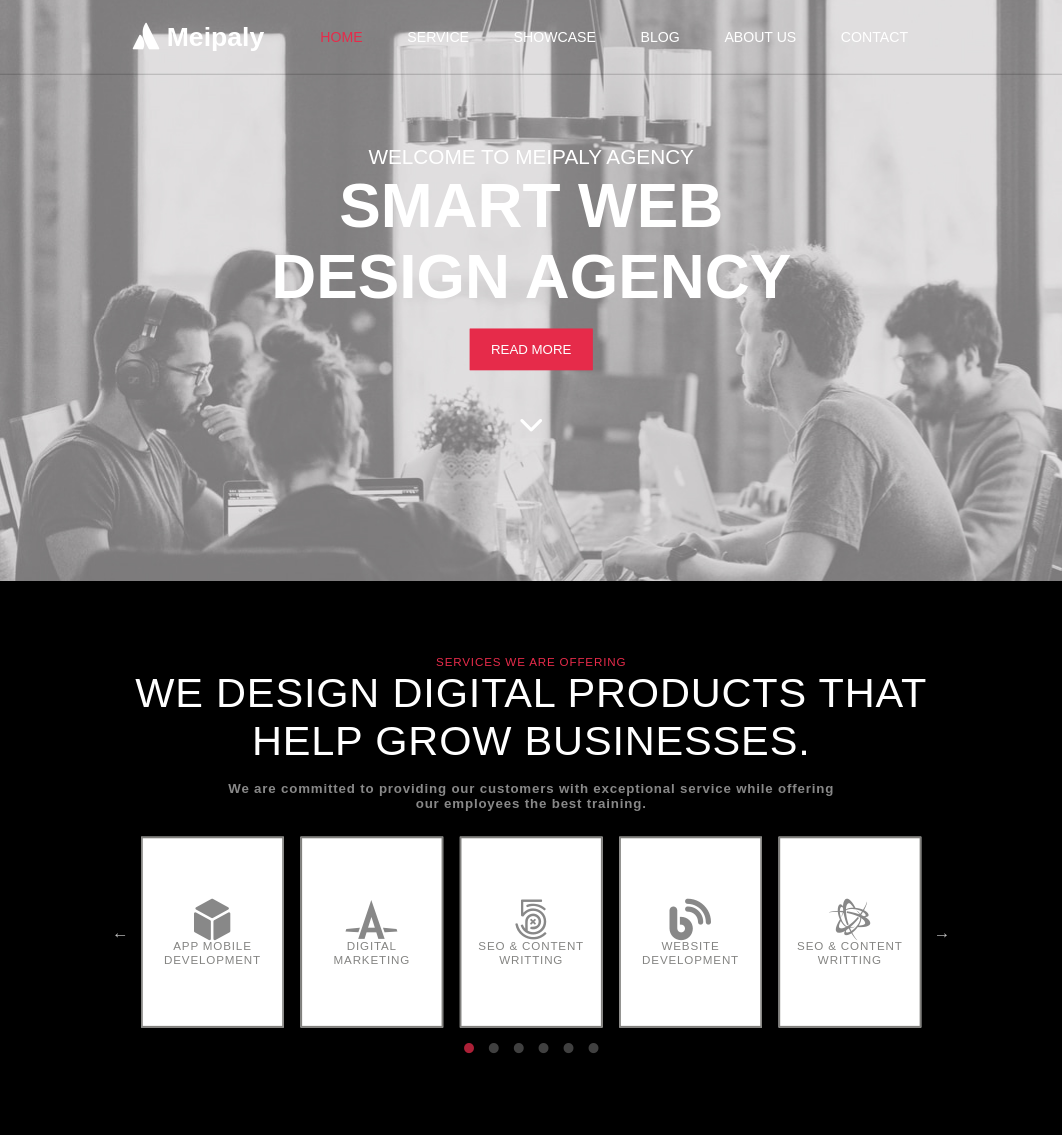
Repository: tudo1611/BC44_HTML5-CSS3_B6_MAIPALY_DO-TRUNG-TU
Page: index.html
The author's editor kept a copy of each file at every save. The page is drawn from the files as they stood at one save, then again after the next save.
The browser window is 1280 px wide. The pictures show the whole page, at 83% of full size.
Some web fonts or font styles are not loaded; a fallback is used.

Above is the page before, as saved 2023-01-26 21:37:56.

### index.html
<!DOCTYPE html>
<html lang="en">
  <head>
    <meta charset="UTF-8" />
    <meta http-equiv="X-UA-Compatible" content="IE=edge" />
    <meta name="viewport" content="width=device-width, initial-scale=1.0" />
    <title>Document</title>
    <link
      rel="stylesheet"
      href="https://cdnjs.cloudflare.com/ajax/libs/font-awesome/6.2.1/css/all.min.css"
    />
    <!-- slick  -->
    <link rel="stylesheet" href="./css/slick.css" />
    <link rel="stylesheet" href="./css/slick-theme.css" />
    <!-- main css  -->
    <link rel="stylesheet" href="./css/style.css" />
  </head>
  <body>
    <header>
      <div class="header__content">
        <div class="header__logo">
          <i class="fab fa-atlassian"></i>
          <span>Meipaly</span>
        </div>
        <nav>
          <ul>
            <li class="active"><a href="#">Home</a></li>
            <li><a href="#">Service</a></li>
            <li><a href="#">Showcase</a></li>
            <li><a href="#">Blog</a></li>
            <li><a href="#">About us</a></li>
            <li><a href="#">Contact</a></li>
          </ul>
        </nav>
      </div>
    </header>
    <section class="banner"></section>
    <section class="carousel">
      <div class="carousel__content">
        <p>WELCOME TO MEIPALY AGENCY</p>
        <h1>
          SMART WEB <br />
          DESIGN AGENCY
        </h1>
        <button>READ MORE</button>
        <div class="carousel__scroll">
          <i class="fa fa-chevron-down"></i>
        </div>
      </div>
    </section>
    <section class="service">
      <div class="service__content">
        <div class="service__title">
          <p>SERVICES WE ARE OFFERING</p>
          <h2>WE DESIGN DIGITAL PRODUCTS THAT HELP GROW BUSINESSES.</h2>
          <p>
            We are committed to providing our customers with exceptional service
            while offering <br />
            our employees the best training.
          </p>
        </div>
        <div class="service__slider">
          <div class="slick-content">
            <div class="item">
              <i class="fa fa-dice-d6"></i>
              <p>
                APP MOBILE <br />
                DEVELOPMENT
              </p>
            </div>
            <div class="item">
              <i class="fab fa-autoprefixer"></i>
              <p>
                DIGITAL <br />
                MARKETING
              </p>
            </div>
            <div class="item">
              <i class="fab fa-500px"></i>
              <p>
                SEO &#38; CONTENT <br />
                WRITTING
              </p>
            </div>
            <div class="item">
              <i class="fa fa-blog"></i>
              <p>
                WEBSITE <br />
                DEVELOPMENT
              </p>
            </div>
            <div class="item">
              <i class="fab fa-battle-net"></i>
              <p>
                SEO &#38; CONTENT <br />
                WRITTING
              </p>
            </div>
            <div class="item">
              <i class="fa fa-memory"></i>
              <p>
                APP MOBILE <br />
                DEVELOPMENT
              </p>
            </div>
          </div>
        </div>
      </div>
    </section>
    <section class="blogs"></section>
    <section class="number"></section>
    <section class="experience"></section>
    <section class="contact"></section>
    <script
      src="https://code.jquery.com/jquery-3.6.3.slim.js"
      integrity="sha256-DKU1CmJ8kBuEwumaLuh9Tl/6ZB6jzGOBV/5YpNE2BWc="
      crossorigin="anonymous"
    ></script>
    <script src="./js/slick.min.js"></script>

    <script>
      $(document).ready(function () {
        $(".slick-content").slick({
          dots: true,
          infinite: true,
          // autoplay: true,
          autoplaySpeed: 2000,
          slidesToShow: 5,
          slidesToScroll: 1,
        });
      });
    </script>
  </body>
</html>

### css/style.css
* {
  margin: 0;
  padding: 0;
  box-sizing: border-box;
}
html,
body {
  font-family: "Oswald", sans-serif;
  font-size: 62.5%;
  color: #fff;
}
/* header  */
header {
  background-color: transparent;
  border-bottom: 1px solid rgba(0, 0, 0, 0.2);
  position: absolute;
  z-index: 10;
  width: 100%;
}
.header__content {
  width: 75%;
  margin: 0 auto;
  display: flex;
  justify-content: space-between;
  align-items: center;
  padding: 2.6rem 0;
}
.header__content ul {
  list-style: none;
}
.header__logo {
  font-size: 3.2rem;
  font-weight: 700;
  /* color: #fff; */
}
.header__content li {
  display: inline-block;
  padding: 0 2.6rem;
}
.header__content li.active a {
  color: #e62b4a;
}
.header__content li a {
  font-size: 1.7rem;
  color: #fff;
  text-transform: uppercase;
  text-decoration: none;
}
/* carousel  */
.carousel {
  background-image: url(../img/home_slider.jpg);
  background-size: cover;
  background-position: center;
  height: 70rem;
  display: flex;
  justify-content: center;
  align-items: center;
}
.carousel__content {
  text-align: center;
}
.carousel__content p {
  font-size: 2.5rem;
}
.carousel__content h1 {
  font-size: 7.5rem;
}
.carousel__content button {
  font-size: 1.6rem;
  margin-top: 2rem;
  padding: 1.5rem 2.5rem;
  background-color: #e62b4a;
  color: white;
  border: 1px solid #e62b4a;
  cursor: pointer;
  transition: all 0.5s;
}
.carousel__content button:hover {
  background-color: #af2239;
}
.carousel__scroll i {
  margin-top: 5rem;
  font-size: 3rem;
  animation: arrowDown 1s linear 0s infinite;
}

/* service  */
.service {
  text-align: center;
  padding: 9rem 0;
  background-color: #000;
}
.service__content {
  width: 75%;
  margin: 0 auto;
  letter-spacing: 1px;
}
.service__title {
  text-align: center;
}
.service__title p:first-of-type {
  font-size: 1.4rem;
  color: #e62b4a;
  font-weight: 300;
}
.service__title h2 {
  font-size: 5rem;
  color: #fff;
  font-weight: 400;
}
.service__title p:last-of-type {
  font-size: 1.6rem;
  color: #888888;
  font-weight: 700;
  margin-top: 2rem;
}
.service__slider {
  margin-top: 2rem;
}

.service__slider .item {
  width: 21.4rem;
  height: 23rem;
  border: 2px solid #81807d;
  background-color: #fff;
  color: #848482;
  text-align: center;
  margin: 1rem;
  display: flex;
  flex-direction: column;
  justify-content: center;
  align-items: center;
  position: relative;
}
.service__slider .item i{
  font-size: 5rem;
  color: #888888;
}
.service__slider .item p{
  font-size: 1.4rem;
}
.service__slider .item::after{
  content: "";
  height: 0;
  width: 5px;
  background-color: #e62b4a;
  display: block;
  position: absolute;
  top: 0;
  right: 0;
  transition: all .2s linear;
}
.service__slider .item:hover::after{
  height: 100%;
}
.slick-content .slick-dots li button:before{
  color: #fff;
  font-size: 5rem;
}
.slick-content .slick-dots li.slick-active button:before{
  color: #e62b4a;
}




@keyframes arrowDown {
  form {
    opacity: 1;
    transform: translateY(0);
  }
  to {
    opacity: 0;
    transform: translateY(4rem);
  }
}

Loaded but not shown: css/slick.css (common file); css/slick-theme.css (library); js/slick.min.js (library)

After the next save:
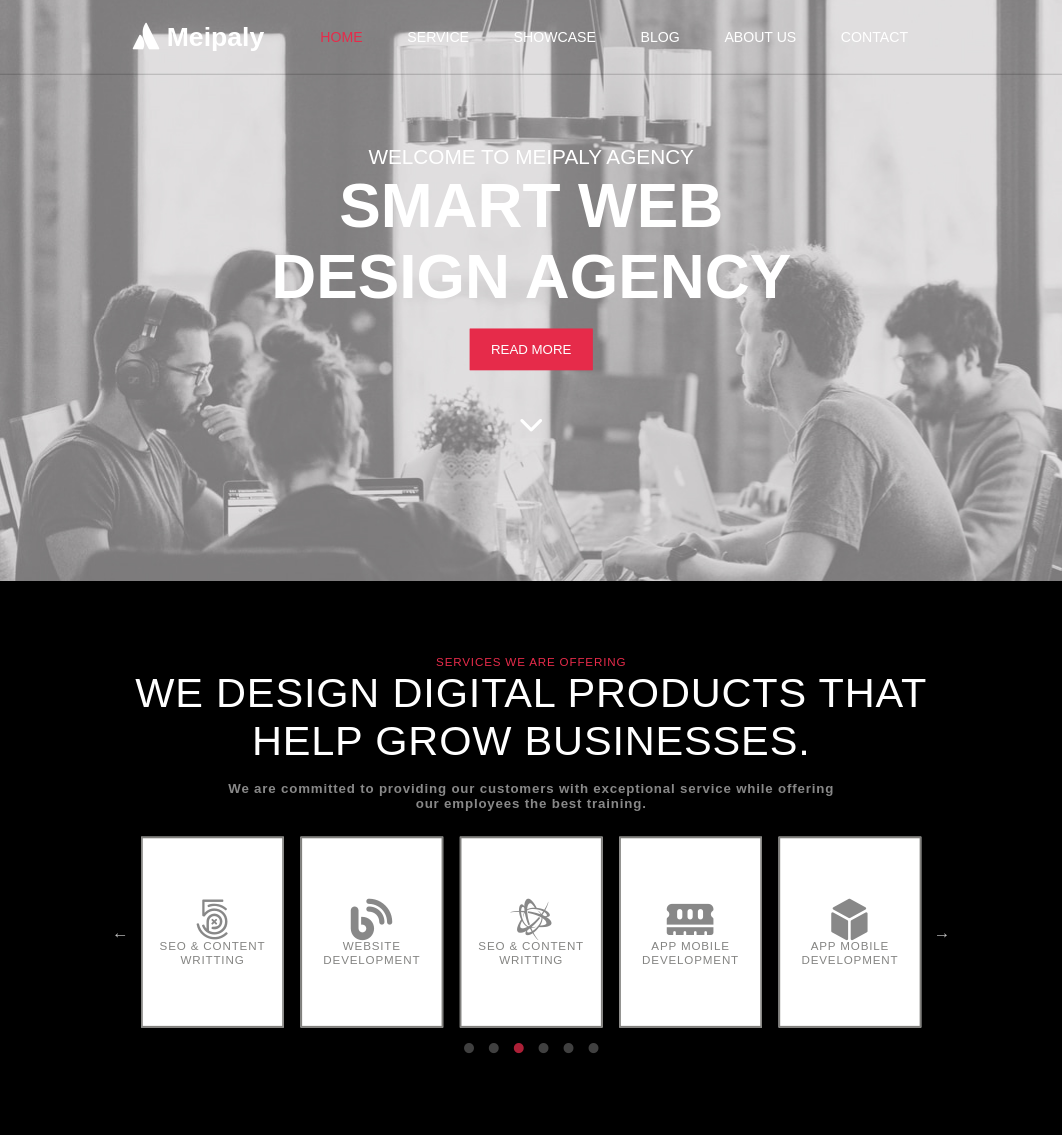
Saved 5 min 29 s later.
--- a/index.html
+++ b/index.html
@@ -123,7 +123,7 @@
         $(".slick-content").slick({
           dots: true,
           infinite: true,
-          // autoplay: true,
+          autoplay: true,
           autoplaySpeed: 2000,
           slidesToShow: 5,
           slidesToScroll: 1,
